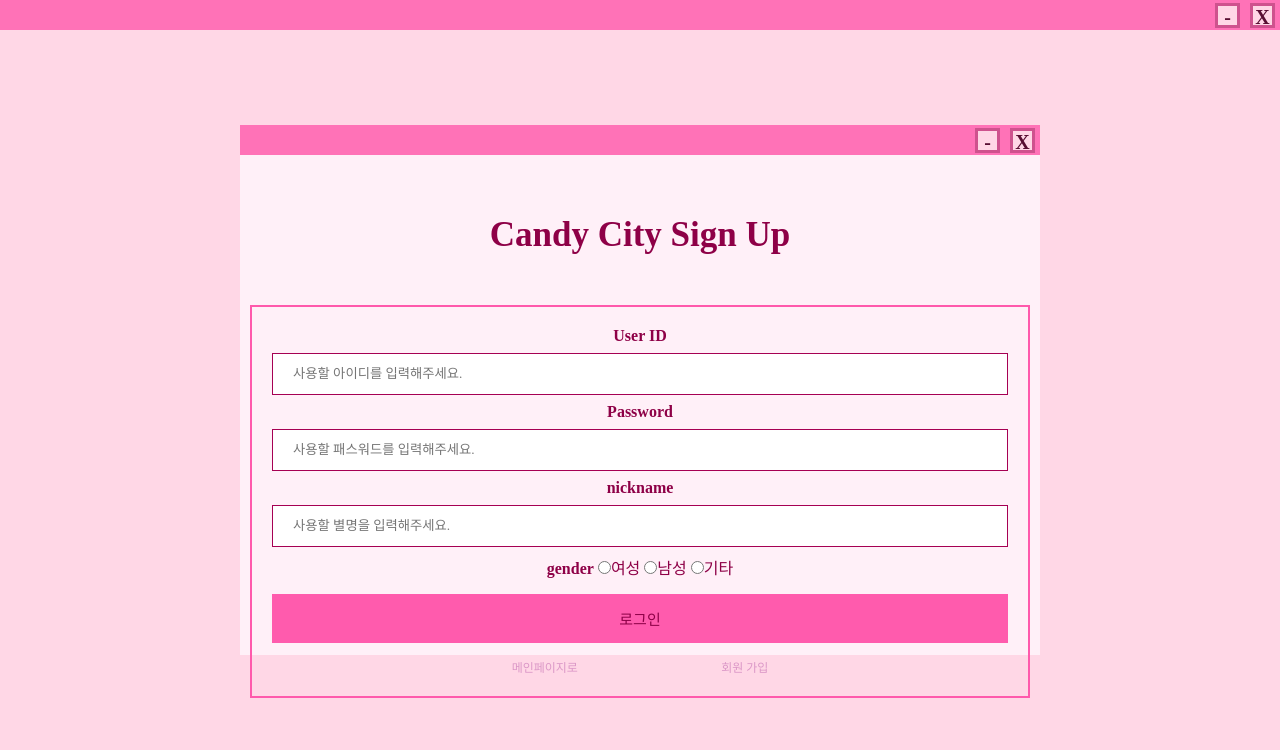
Repository: chanbiM/candyCityProject
Page: http://localhost/CandyCityProj/member/insertMember.jsp
An editor plug-in stored every save of this project. The page is shown before and after the next save, followed by the edit.
The browser window is 1280 px wide. The pictures show the whole page.
Some web fonts or font styles are not loaded; a fallback is used. The page is served by Tomcat 9. Other server files are loaded and not shown.

Above is the page before, as saved 2022-11-11 05:10:21.

### CandyCityProj/WebContent/member/insertMember.jsp
<%@ page language="java" contentType="text/html; charset=UTF-8"
	pageEncoding="UTF-8"%>
<!DOCTYPE html>
<html>
<head>
<meta charset="UTF-8">
<title>회원가입</title>
<link rel="stylesheet" href="/css/mainStyle.css">
<link rel="stylesheet" href="/css/loginStyle.css">
</head>
<body>
	<div class="window">
		<button class="widow_btn" id="-_btn">-</button>
		<button class="widow_btn" id="x_btn">X</button>
	</div>
	<div class="wrapper">

		<div class="login">
			<div class="window">
				<button class="widow_btn" id="-_btn">-</button>
				<button class="widow_btn" id="x_btn">X</button>
			</div>

			<form action="/signUp" method="get" id="loginForm">

				<h2>Candy City Sign Up</h2>

				<div class="login_center">
					<label><b>User ID</b></label> <input type="text"
						placeholder="사용할 아이디를 입력해주세요." name="id">

						<label><b>Password</b></label>
						<input type="password" placeholder="사용할 패스워드를 입력해주세요." name="pwd">

						<label><b>nickname</b> <input type="text"
						placeholder="사용할 별명을 입력해주세요." name="name"></label>

						<label><b>gender</b></label> <input type="radio" name="gender" id="female" value="female">여성
							<input type="radio" name="gender" id="male" value="male">남성
							<input type="radio" name="gender" id="etc" value="etc">기타

						<input type="submit" value="로그인">

					<ul>
						<li><a href="../index.jsp"> 메인페이지로 </a></li>
						<li><a href="#"> 회원 가입 </a></li>
					</ul>
				</div>
			</form>
		</div>
</body>
</html>

### CandyCityProj/WebContent/css/mainStyle.css
@font-face {
    font-family: 'DungGeunMo';
    src: url('https://cdn.jsdelivr.net/gh/projectnoonnu/noonfonts_six@1.2/DungGeunMo.woff') format('woff');
    font-weight: normal;
    font-style: normal;
}
* {
    margin: 0;
    padding: 0;
    list-style: none;
    text-decoration: none;
    color: rgb(19, 0, 1);
    font-family: 'DungGeunMo';
    color: #8e0047;
    -ms-user-select: none;
   -moz-user-select: -moz-none;
   -khtml-user-select: none;
   -webkit-user-select: none;
   user-select: none;
}

.wrapper {
    width: 1280px;
    min-height: 1100px;
    margin: 0 auto;
    background-color: rgb(255, 215, 230);
}

.window {
    width: 100%;
    height: 30px;
    display: flex;
    justify-content: flex-end;
    background-color: #FF72B7;
    align-items: center;
}
.widow_btn {
    width: 25px;
    height: 25px;
    margin: 5px;
    color: #580e32;
    font-weight: bold;
    font-size: 20px;
    background-color: rgb(255, 215, 230);
    border: 3px solid #ce528e;
}

.widow_btn:hover {
    background-color: rgb(203, 164, 178);
    border: 3px solid #953c67;
    cursor: pointer;
    text-align: center;
}

.logo > a {
    display: flex;
}

.logo > a > img {
    width: 150px;
    height: 120px;
    margin: 50px;
    margin-top: 15px;
}

header {
    width: 100%;
    height: 150px;
    display: flex;
    justify-content: space-between;
}

.minimenu {
    width: 1000px;
    display: flex;
    font-size: 17px;
    align-items: center;
    margin-right: 50px;
    justify-content: flex-end;
}

.minimenu ul{
    display: flex;
}

.minimenu ul li {
    margin: 10px;
}

.minimenu ul li:hover {
    font-weight: bold;
}

/*.minimenu ul {
    width: 100%;
    display: flex;
    justify-content: space-evenly;
}*/

.minimenu ul li a{
	color: #c95899;
}

.mainmenu {
    /* 메뉴 요소 4개 가로정렬 */
    width: 1280px;
    display: flex;

    /* 중앙정렬 */
    text-align: center;
    align-items: center;
    justify-content: center;

    background-color: #FF72B7;
    border-top: 2px #8e0047 solid;
    border-bottom: 2px #8e0047 solid;
    position:relative;

}

.mainmenu li {
    width: 20%;
    height: 50px;
}

.mainmenu a {
    display: flex;
    justify-content: center;
    align-items: center;
    width: 100%;
    height: 100%;
    font-size: 18px;
    font-weight: 600;

    /* 하이라이팅 줄때 애니메이션을 줄 시간과 속성들 */
    transition: background-color 1s, color 1s;
}
/* :hover -> 마우스를 위에 올려 놓을때 적용할 스타일*/
.mainmenu a:hover {
    background-color: #aa4a78;
    color: white;
}


.mainmenu .submenu {
    /* 부모의 면적 + 다른 요소에 영향을 주지 않음 -> 다른 요소에 독립적*/
    position: absolute;
    /* 맨 앞으로 가져오기*/
    z-index: 100;
	width: 20%;

    background-color: #FF72B7;
    color: white;

    /* 기본적으로는 가려짐. 나중에 js로 호버될때 해제되도록 해줄 것 */
    display: none;
}

.submenu li {
    width: 100%;
}
.submenu a:hover {
    background-color: rgb(254, 207, 228);
    color: rgb(70, 19, 30);
}

#slide {
    width: 100%;
    height: 300px;
    position: relative;
    overflow: hidden;
}
#slide>ul>li>a>img {
    position: absolute;
    width: 100%;
    top: 0;
    left: -100%;
    opacity: 0;
}

#slide >ul>li>a>img:first-child {
    left: 0;
    opacity: 1;
}

#slide ul {
    /* 다른 요소에 관여받지 않고 #slide 기준으로 움직이도록*/
    position: absolute;
    top: 0;
    left: 0;

    width: 100%;


}

/* 섹션 */

section {
    display: flex;
    height: 350px;
    overflow: hidden;
    margin: 20px;
}

section > div {
    flex: 1;
    max-width: 50%;

    padding: 10px;
}

/* 컨텐츠 탭 */
.tab {
    display: flex;
}

/* 활성화 된 탭 추가 효과 */
.tab .active {
    background-color: #FF72B7;
}
.tab .active a{
    color: white;
}


.tab div {
    padding: 7px;
    border: 1px solid #800040;
    /* content, tab이 보더가 곂치므로 한쪽 없애주기 */
    border-bottom: none;
}

#content_container .content {
    padding: 7px;
    border: 1px solid #800040;

    /* 일정 크기 이상으로 글자가 나오는걸 방지 */
    max-width: 600px;
    height: 200px;
}

/* 각 요소들의 글자가 넘쳐날 경우 .... 처리*/
#post li {
    overflow: hidden;
    text-overflow:ellipsis;
    white-space: nowrap;
    line-height: 25px;


    border-bottom: 1px solid #800040;
}

/* 갤러리 */
/* 기본적으로 활성화 된게 공지사항이므로 갤러리 컨텐츠는 가리기 */
#event {
    display: none;
}

#event li{
    overflow: hidden;
    text-overflow:ellipsis;
    white-space: nowrap;
    line-height: 25px;


    border-bottom: 1px solid #800040;
}

#ranking {
	margin-top: 2px;
}
#ranking ul, #ranking li{
    width: 95%;
}

#ranking ul {
	border: 2px solid #800040;

	padding: 10px;
	height: 195px;


}
#ranking li {
    /* 버튼별 간격 */
    margin-bottom: 15px;
    width: 96%;


    /* 버튼 내부 간격 */
    padding: 7px;
    text-align: center;
    background-color: #e366b1;
    text-align: left;
    color: #8e0047;
}

#ranking h4 {
	background-color: #FF72B7;
	color: white;

	font-weight: normal;
	border: 2px solid #800040;
	width: 130px;
	padding: 5px;
	overflow: hidden;
	text-align: center;
	border-bottom: none;
}
#ranking a {
    color: white;
    margin-left: 5px;
}

/* 푸터 */

footer {
    /* 가로 정렬 */
    display: flex;

    /* 3가지 요소들 가로 간격 */
    justify-content: space-between;
    /* 세로 중앙 정렬*/
    align-items: center;

    width: 100%;
    height: 100px;
    margin: 30px;
}

.sns {
    display: flex;
    margin-right: 70px;
}

/* sns 아이콘별 간격 */
.sns li {
    margin-left: 10px;
}

footer img {
    width: 30px;
}


.copyright {
	font-size: 20px;
}

.info {
	width: 100%;
	margin-left: 20px;
	height: 700px;
}

.infoText {
	width: 300px;
	height: 30px;
	font-size: 23px;
	border: 0px;
	background-color: #ffeaf3;
	text-align: center;
}

.info th {
	width: 250px;
	margin: 5px;
	font-size: 30px;
}

.info td {
	width: 300px;
	margin: 10px;
	font-size: 25px;
	text-align: center;
}

.updatebtn {
	border: 0px;
	background-color: rgb(255, 215, 230);
	font-size: 25px;

}

input:focus {outline: none;}

hr {
	margin: 30px;
	width: 90%;
	margin: auto;

	height : 1px;
    border: 0;
	background-color : #811b4e;

}

h2 {
	margin: 30px;
}

/* 팝업의 배경 */
.popup_back {
    /* 기본적으로 가려짐 */
    display: none;

    /* 사이트 내용의 면적을 무시하고 배치*/
    position: absolute;
    top: 0;
    left: 0;

    /* 창 전체 가로 세로 채우기*/
    width: 100%;
    height: 100%;

    /* 검정색 배경(0,0,0,)에서 0.8로 투명도 설정*/
    background: rgba(0,0,0,0.3);
    position: fixed;

}

/* 팝업 본체 */
.popup{
    position: relative;

    /* 팝업 창의 가로 세로*/
    width:500px;
    height:300px;

    /* 배경 면적의 top 50%, left 50% 위치로 이동 */
    top:50%;
    left:50%;
    /* 중앙 배치를 위해 팝업의 가로 세로의 절반 크기 만큼 옮기기*/
    margin-top: -100px;
    margin-left:-200px;

    background:#fff;
    padding: 20px;
}


/* 팝업 버튼 */
.popup_close {
    position: absolute;
    padding: 5px;

    /* 팝업의 아래쪽부터 20px, 오른쪽으로부터 20px */
    right: 20px;
    bottom: 20px;
    background-color: #FF72B7;
    border: 2px solid #ea0075;
}
.popup_close:hover {
	background-color: #f14b9a;
    border: 2px solid #aa0055;
    cursor: pointer;
}

.pwdUpdateBtn {
	position: absolute;
    padding: 5px;

    /* 팝업의 아래쪽부터 20px, 오른쪽으로부터 20px */
    right: 100px;
    bottom: 20px;
    background-color: #FF72B7;
    border: 2px solid #ea0075;
}

.pwdUpdateBtn:hover {
	background-color: #f14b9a;
    border: 2px solid #aa0055;
    cursor: pointer;
}

/* 팝업의 배경 */
.popup_back_del {
    /* 기본적으로 가려짐 */
    display: none;

    /* 사이트 내용의 면적을 무시하고 배치*/
    position: absolute;
    top: 0;
    left: 0;

    /* 창 전체 가로 세로 채우기*/
    width: 100%;
    height: 100%;

    /* 검정색 배경(0,0,0,)에서 0.8로 투명도 설정*/
    background: rgba(0,0,0,0.3);
    position: fixed;

}

/* 팝업 본체 */
.popup_del{
    position: relative;

    /* 팝업 창의 가로 세로*/
    width:500px;
    height:300px;

    /* 배경 면적의 top 50%, left 50% 위치로 이동 */
    top:50%;
    left:50%;
    /* 중앙 배치를 위해 팝업의 가로 세로의 절반 크기 만큼 옮기기*/
    margin-top: -100px;
    margin-left:-200px;

    background:#fff;
    padding: 20px;
}

### CandyCityProj/WebContent/css/loginStyle.css
@charset "UTF-8";

* {
	margin: 0 auto;
	padding: 0;
	box-sizing: border-box;
	color: #8e0047;
	text-decoration: none;
}

.wrapper {
	width: 1280px;
	text-align: center;
	display: flex;
  	justify-content: center;
 	align-items: center;
 	min-height: 100vh;
 	background-color: rgb(255, 215, 230);
}

body {
	width: 1280px;
}
.window {
	width: 100%;
}
h2 {
	margin: 50px 0;
	font-size: 35px;
}

Form {
	background-color: #fff0f8;
	padding: 10px;
	display: block;
	margin: 0 auto;

}

#signUpForm{
	width: 800px;
	height: 600px;
}

#loginForm {
	width: 800px;
	height: 500px;
}

.login_center {
	border: 2px solid #ff59ac;
	padding: 20px;
}

input[type=text], input[type=password], input[type=number]{
	width: 100%;
	padding: 12px 20px;
	margin: 8px 0;
	display: inline-block;
	border: 1px solid #a60053;
}

input[type=submit] {
	background-color: #ff5bad;
	color: #8e0047;
	padding: 14px 20px;
	margin: 15px 0;
	cursor: pointer;
	border: 0px;
	width: 100%;
	font-size: 15px;
}

input[type=submit]:hover {
	background-color: #8e0047;
	color: #fff;
}


input[type=reset] {
	background-color: #bcbcbc;
	color: #8e0047;
	padding: 14px 20px;
	margin: 8px 0;
	cursor: pointer;
	width: 100%;
}

a {
	font-size: 12px;
	color: #db97c7;
}

a:hover {
	font-weight: bold;
}

Form ul{
	display: flex;
	width: 400px;
    align-items: center;
}

After the next save:
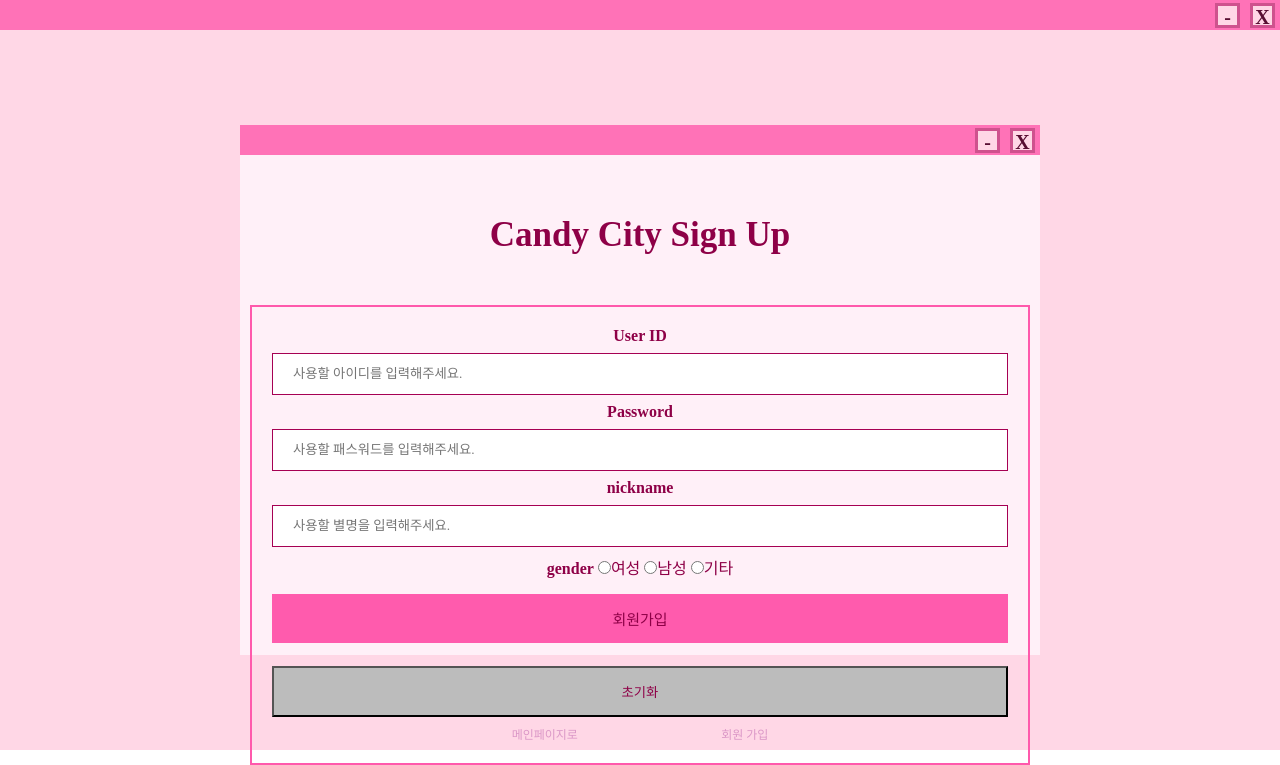
Saved 42 s later.
--- a/CandyCityProj/WebContent/member/insertMember.jsp
+++ b/CandyCityProj/WebContent/member/insertMember.jsp
@@ -39,7 +39,8 @@
 							<input type="radio" name="gender" id="male" value="male">남성
 							<input type="radio" name="gender" id="etc" value="etc">기타
 
-						<input type="submit" value="로그인">
+						<input type="submit" value="회원가입">
+						<input type="reset" value="초기화">
 
 					<ul>
 						<li><a href="../index.jsp"> 메인페이지로 </a></li>
